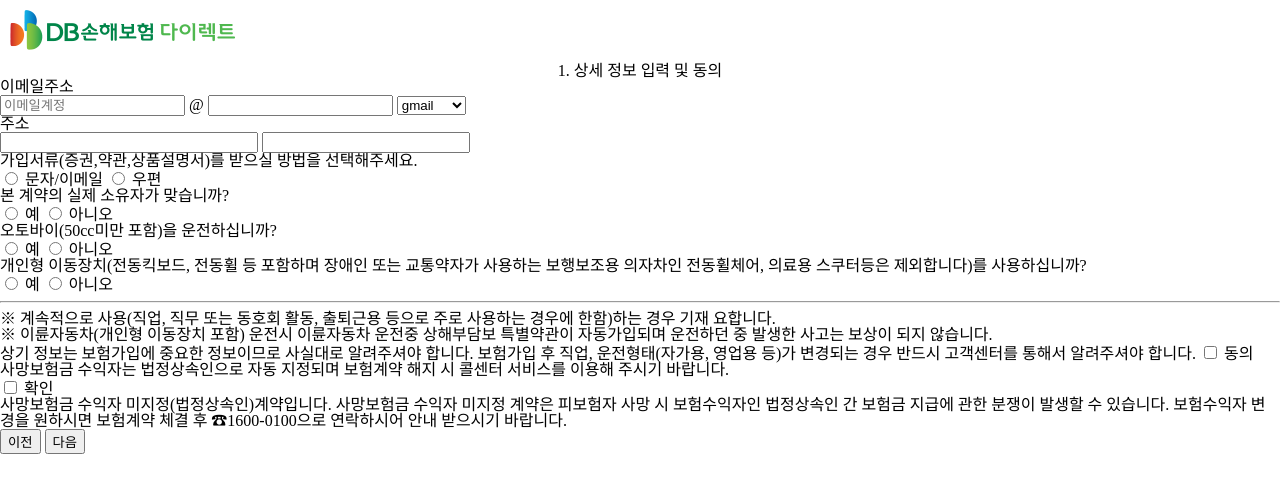
Repository: minho0324/directInsurance
Page: http://localhost/directClone/direct/details1
These files come from the project's save history. The page is drawn as it stood at one moment and after the next save; the edit follows.
The browser window is 1280 px wide. The pictures show the whole page.
The page is served by Tomcat 9. Other server files are loaded and not shown.

Above is the page before, as saved 2021-11-18 05:06:17.

### directClone/src/main/webapp/WEB-INF/views/details1.jsp
<%@ page language="java" contentType="text/html; charset=UTF-8"
    pageEncoding="UTF-8"%>
<!DOCTYPE html>
<%@ taglib uri="http://java.sun.com/jsp/jstl/core"  prefix="c"%>
<html>
<head>
<meta charset="UTF-8">
<title>details1</title>
</head>
<script src="http://code.jquery.com/jquery-latest.js"></script>
<style>

	html, body, div, span, applet, object, iframe,
	h1, h2, h3, h4, h5, h6, p, blockquote, pre,
	a, abbr, acronym, address, big, cite, code,
	del, dfn, em, img, ins, kbd, q, s, samp,
	small, strike, strong, sub, sup, tt, var,
	b, u, i, center,
	dl, dt, dd, ol, ul, li,
	fieldset, form, label, legend,
	table, caption, tbody, tfoot, thead, tr, th, td,
	article, aside, canvas, details, embed,
	figure, figcaption, footer, header, hgroup,
	menu, nav, output, ruby, section, summary,
	time, mark, audio, video {
		margin: 0;
		padding: 0;
		border: 0;
		font-size: 100%;
		font: inherit;
		vertical-align: baseline;
	}
	/* HTML5 display-role reset for older browsers */
	article, aside, details, figcaption, figure,
	footer, header, hgroup, menu, nav, section {
		display: block;
	}
	body {
		line-height: 1;
	}
	ol, ul {
		list-style: none;
	}
	blockquote, q {
		quotes: none;
	}
	blockquote:before, blockquote:after,
	q:before, q:after {
		content: '';
		content: none;
	}

	.header h1 a img {
		padding:10px;
	}

	.header .progress_bar {
		text-align:center;
	}


</style>
<body>

	<!-- 헤더 -->
	<div class="headerform">
		<div class="header">
			<h1>
				<a href="index.jsp">
					<img src="../resources/img/logo02.png">
				</a>
			<div class="progress_bar">
				1. 상세 정보 입력 및 동의
			</div>
			</h1>
		</div>

		<a href="<c:url value='/direct/index.jsp' />" class="btn_close"></a>
	</div>
	<!-- 헤더 끝 -->

		<!-- 컨테이너 본문 시작 -->
		<div class="container clfix">
			<div class="contents">
				<div class="phone_mail">
					<h3>이메일주소</h3>
					<input type="text" name="email" class="email" placeholder="이메일계정">
					@
					<input type="text" name="domain" class="domain" value="">
					<select name="emailSelect">
						<option id="email" value="gmail">gmail</option>
						<option id="email" value="naver">naver</option>
						<option id="email" value="hanmail">hanmail</option>
					</select>
					<h3>주소</h3>
					<input type="text" name="addr" class="addr" style="width: 250px;">
					<input type="text" name="addrdetail" class="addrdetail" style="width:200px;">
				</div>
				<div class="receiving">
					<h3>가입서류(증권,약관,상품설명서)를 받으실 방법을 선택해주세요.</h3>
					<label for="receiving">
						<input type="radio" name="receiving" value="text">
						문자/이메일
					</label>
					<label for="receiving">
						<input type="radio" name="receiving" value="post">
						우편
					</label>
				</div>
				<div class="identification">
					<h3>본 계약의 실제 소유자가 맞습니까?</h3>
					<label for="identification">
						<input type="radio" name="identification" value="Y">
						예
					</label>
					<label for="identification">
						<input type="radio" name="identification" value="N">
						아니오
					</label>
				</div>
				<div class="motorcycle">
					<h3>오토바이(50cc미만 포함)을 운전하십니까?</h3>
					<label for="motorcycle">
						<input type="radio" name="motorcycle" value="Y">
						예
					</label>
					<label for="motorcycle">
						<input type="radio" name="motorcycle" value="N">
						아니오
					</label>
				</div>
				<div class="pv">
					<h3>개인형 이동장치(전동킥보드, 전동휠 등 포함하며 장애인 또는 교통약자가 사용하는 보행보조용 의자차인 전동휠체어, 의료용 스쿠터등은 제외합니다)를 사용하십니까?</h3>
					<label for="pv">
						<input type="radio" name="pv" value="Y">
						예
					</label>
					<label for="pv">
						<input type="radio" name="pv" value="N">
						아니오
					</label>
					<hr>
					<p>
						※ 계속적으로 사용(직업, 직무 또는 동호회 활동, 출퇴근용 등으로 주로 사용하는 경우에 한함)하는 경우 기재 요합니다.
						<br>
						※ 이륜자동차(개인형 이동장치 포함) 운전시 이륜자동차 운전중 상해부담보 특별약관이 자동가입되며 운전하던 중 발생한 사고는 보상이 되지 않습니다.
					</p>
				</div>
				<div class="agreement">
					상기 정보는 보험가입에 중요한 정보이므로 사실대로 알려주셔야 합니다.
					보험가입 후 직업, 운전형태(자가용, 영업용 등)가 변경되는 경우 반드시 고객센터를 통해서 알려주셔야 합니다.
					<label for="agreement">
						<input type="checkbox" name="agreement" value="agreed">
						동의
					</label>
				</div>
				<div class="finalagree">
					<ul>
						<li>
							사망보험금 수익자는 법정상속인으로 자동 지정되며
							보험계약 해지 시 콜센터 서비스를 이용해 주시기 바랍니다.
						</li>
					</ul>
					<label for="finalagree">
						<input type="checkbox" name="finalagree" value="agreed">
						확인
					</label>
					<p>
					사망보험금 수익자 미지정(법정상속인)계약입니다.
					사망보험금 수익자 미지정 계약은 피보험자 사망 시 보험수익자인 법정상속인 간 보험금 지급에 관한 분쟁이 발생할 수
					있습니다. 보험수익자 변경을 원하시면 보험계약 체결 후 ☎1600-0100으로 연락하시어 안내 받으시기 바랍니다.
					</p>
				</div>
			</div>
		</div>
		<!-- 컨테이너 끝 -->

		<button class="prev">이전</button>
		<button class="next">다음</button>



	<script>
		$(function() {
			$("select[name=emailSelect]").change(function(){
				  console.log($(this).val()); //value값 가져오기
				  console.log($("select[name=emailSelect] option:selected").text()); //text값 가져오기
			});
			var email = $("select[name=emailSelect] option:selected").val();
			console.log(email);

			$('.prev').click(function () {
				location.href="<c:url value='/direct/' />";
			})
			$('.next').click(function () {
				location.href="<c:url value='/direct/details2' />";
			})


		});
	</script>


</body>
</html>

After the next save:
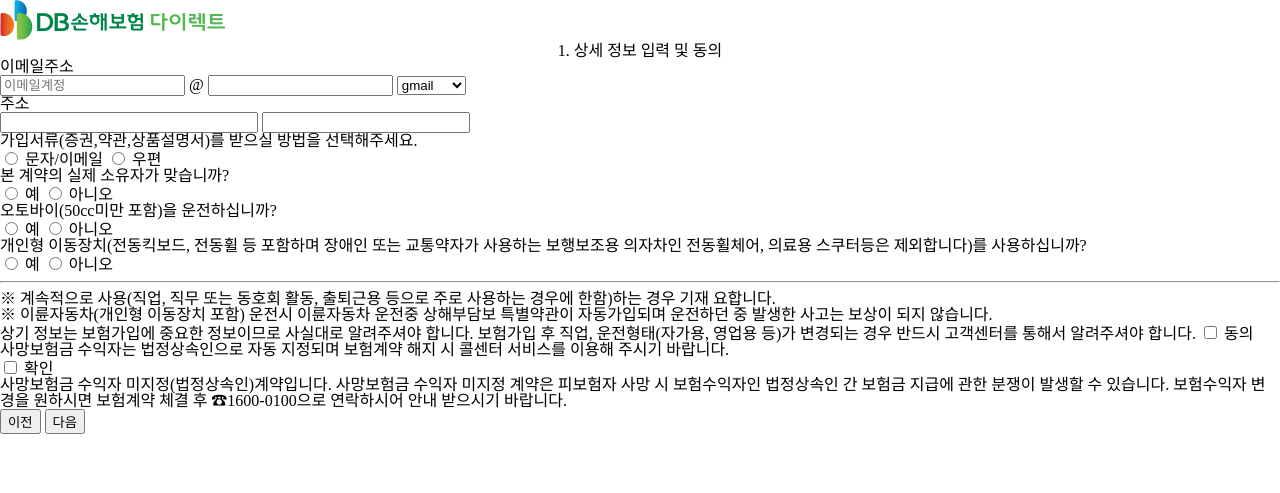
Saved 22 s later.
--- a/directClone/src/main/webapp/WEB-INF/views/details1.jsp
+++ b/directClone/src/main/webapp/WEB-INF/views/details1.jsp
@@ -65,14 +65,14 @@
 	<!-- 헤더 -->
 	<div class="headerform">
 		<div class="header">
-			<h1>
+			<div>
 				<a href="index.jsp">
 					<img src="../resources/img/logo02.png">
 				</a>
-			<div class="progress_bar">
-				1. 상세 정보 입력 및 동의
+				<div class="progress_bar">
+					1. 상세 정보 입력 및 동의
+				</div>
 			</div>
-			</h1>
 		</div>
 
 		<a href="<c:url value='/direct/index.jsp' />" class="btn_close"></a>
